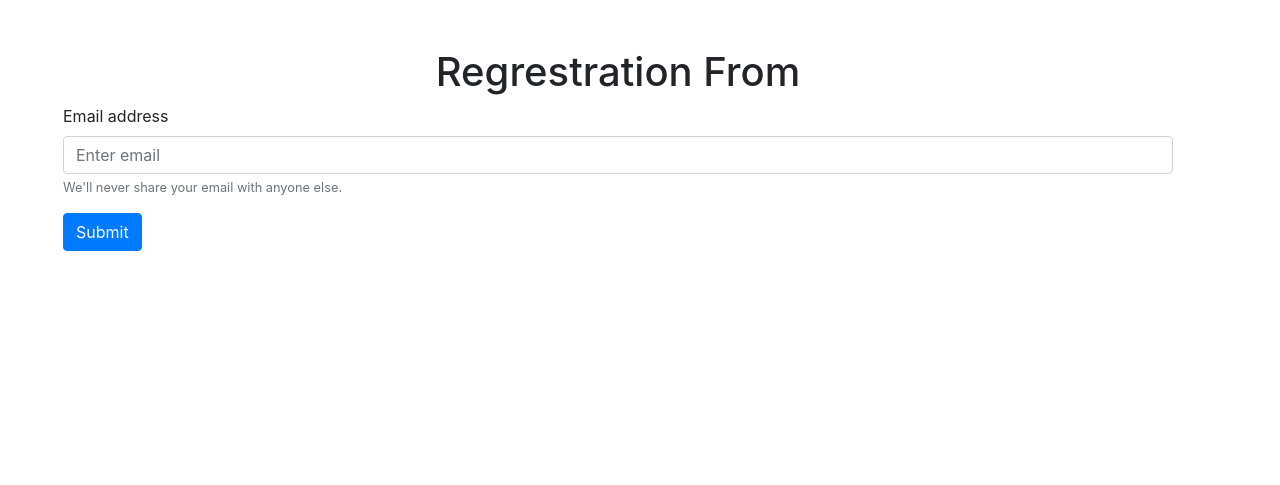
Repository: parvaizsajad/SpringFrameWork
Page: http://localhost/com.spring.mvc/form
These files come from the project's save history. The page is drawn as it stood at one moment and after the next save; the edit follows.
The browser window is 1280 px wide. The pictures show the whole page.
Some web libraries are served in a nearby version. The page is served by Tomcat 9. Other server files are loaded and not shown.

Above is the page before, as saved 2021-09-09 17:18:57.

### com.spring.mvc/src/main/webapp/WEB-INF/spring-servlet.xml
<?xml version="1.0" encoding="UTF-8"?>

<!-- 2nd step step create the configuration file. -->

<beans xmlns="http://www.springframework.org/schema/beans"
	xmlns:xsi="http://www.w3.org/2001/XMLSchema-instance" xmlns:context="http://www.springframework.org/schema/context"
	xmlns:p="http://www.springframework.org/schema/p"
		xmlns:c="http://www.springframework.org/schema/c"
	xsi:schemaLocation="http://www.springframework.org/schema/beans
    http://www.springframework.org/schema/beans/spring-beans.xsd
    http://www.springframework.org/schema/context
    http://www.springframework.org/schema/context/spring-context.xsd">
 <!--This is our bean or the metadata for our class  -->

 <context:component-scan base-package="com.spring.mvc.HomeController"></context:component-scan>
   <bean class="org.springframework.web.servlet.view.InternalResourceViewResolver" name="viewResolver">
   <property name="prefix" value="/WEB-INF/views/"></property>
   <property name="suffix" value=".jsp"></property>
   </bean>

   </beans>

### com.spring.mvc/src/main/webapp/WEB-INF/views/form.jsp
<%@ page language="java" contentType="text/html; charset=ISO-8859-1"
    pageEncoding="ISO-8859-1"%>
<!doctype html>
<html lang="en">
  <head>
    <!-- Required meta tags -->
    <meta charset="utf-8">
    <meta name="viewport" content="width=device-width, initial-scale=1, shrink-to-fit=no">

    <!-- Bootstrap CSS -->
    <link rel="stylesheet" href="https://maxcdn.bootstrapcdn.com/bootstrap/4.0.0/css/bootstrap.min.css" integrity="sha384-Gn5384xqQ1aoWXA+058RXPxPg6fy4IWvTNh0E263XmFcJlSAwiGgFAW/dAiS6JXm" crossorigin="anonymous">

    <title>Hello, world!</title>
  </head>
  <body>
   <!-- form -->

   <form class="container m-5">
   <h1 class="text-center" >Regrestration From</h1>
  <div class="form-group">
    <label for="exampleInputEmail1">Email address</label>
    <input type="email" class="form-control" id="exampleInputEmail1" aria-describedby="emailHelp" placeholder="Enter email">
    <small id="emailHelp" class="form-text text-muted">We'll never share your email with anyone else.</small>
  </div>


  <button type="submit" class="btn btn-primary">Submit</button>
</form>

    <!-- Optional JavaScript -->
    <!-- jQuery first, then Popper.js, then Bootstrap JS -->
    <script src="https://code.jquery.com/jquery-3.2.1.slim.min.js" integrity="sha384-KJ3o2DKtIkvYIK3UENzmM7KCkRr/rE9/Qpg6aAZGJwFDMVNA/GpGFF93hXpG5KkN" crossorigin="anonymous"></script>
    <script src="https://cdnjs.cloudflare.com/ajax/libs/popper.js/1.12.9/umd/popper.min.js" integrity="sha384-ApNbgh9B+Y1QKtv3Rn7W3mgPxhU9K/ScQsAP7hUibX39j7fakFPskvXusvfa0b4Q" crossorigin="anonymous"></script>
    <script src="https://maxcdn.bootstrapcdn.com/bootstrap/4.0.0/js/bootstrap.min.js" integrity="sha384-JZR6Spejh4U02d8jOt6vLEHfe/JQGiRRSQQxSfFWpi1MquVdAyjUar5+76PVCmYl" crossorigin="anonymous"></script>
  </body>
</html>

### com.spring.mvc/src/main/java/com/spring/mvc/HomeController/HomeController.java
package com.spring.mvc.HomeController;



import java.time.LocalDateTime;
import java.util.ArrayList;
import java.util.List;

import org.springframework.stereotype.Controller;
import org.springframework.ui.Model;
import org.springframework.web.bind.annotation.RequestMapping;
import org.springframework.web.servlet.ModelAndView;

@Controller
public class HomeController {
	@RequestMapping("/help")
	public String help() {
		System.out.println("this is out help page");

		return "help";
	}

	@RequestMapping("/home")
	public String Home(Model model) {
		System.out.println("this is home url");
		model.addAttribute("name","Parvaiz sajad");
		List<String> friends= new ArrayList<String>();
		friends.add("baabji");
		friends.add("moina");
		friends.add("Marilyn");
		friends.add("parvaiz");
		model.addAttribute("f",friends);
		return "index";
	}
	@RequestMapping("/about")
	public ModelAndView about() {
		System.out.println("this is out about page");
		ModelAndView mv= new ModelAndView();
		mv.addObject("name","Parvaiz sajad");
		LocalDateTime now = LocalDateTime.now();
		//List
		List<Integer> marks=new ArrayList<Integer>();
		marks.add(12);
		marks.add(23);
		marks.add(33);
		marks.add(2020);
		mv.addObject("marks", marks);
		mv.addObject("date",now);
		mv.addObject("roll_no",12345);


		mv.setViewName("about");

		return mv;
	}
	@RequestMapping("/services")
	public String services() {

		System.out.println("this is the services page");
		return "services";
	}

}

### com.spring.mvc/src/main/java/com/spring/mvc/HomeController/form.java
package com.spring.mvc.HomeController;

import org.springframework.stereotype.Controller;
import org.springframework.web.bind.annotation.RequestMapping;

@Controller
public class form {

	@RequestMapping("/form")
	public String view() {
		return "form";
	}
}

After the next save:
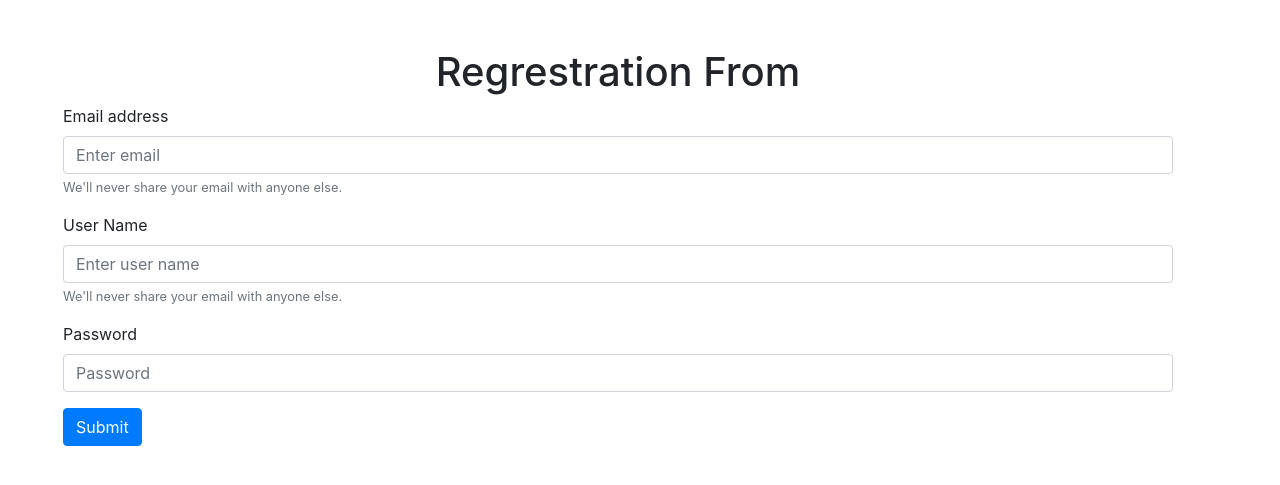
Saved 3 min 4 s later.
--- a/com.spring.mvc/src/main/webapp/WEB-INF/views/form.jsp
+++ b/com.spring.mvc/src/main/webapp/WEB-INF/views/form.jsp
@@ -22,6 +22,15 @@
     <input type="email" class="form-control" id="exampleInputEmail1" aria-describedby="emailHelp" placeholder="Enter email">
     <small id="emailHelp" class="form-text text-muted">We'll never share your email with anyone else.</small>
   </div>
+  <div class="form-group">
+    <label for="exampleInputUserName">User Name</label>
+    <input type="text" class="form-control" id="exampleInputUserName" aria-describedby="emailHelp" placeholder="Enter user name">
+    <small id="userName" class="form-text text-muted">We'll never share your email with anyone else.</small>
+  </div>
+  <div class="form-group">
+    <label for="exampleInputPassword1">Password</label>
+    <input type="password" class="form-control" id="exampleInputPassword1" placeholder="Password">
+  </div>
 
 
   <button type="submit" class="btn btn-primary">Submit</button>
